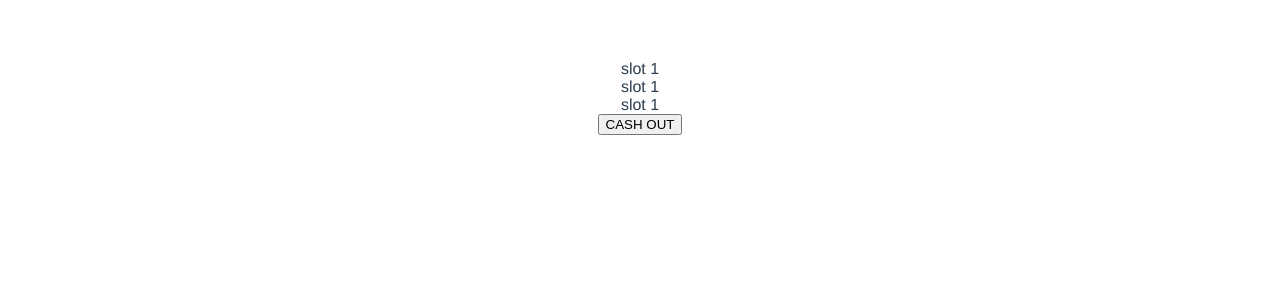
Repository: HERBOD7/slotmachine
Page: /
The author's editor kept a copy of each file at every save. The page is drawn from the files as they stood at one save, then again after the next save.
The browser window is 1280 px wide. The pictures show the whole page.
The project was rebuilt for these pictures with package versions that can differ from the ones it lists, and the page was loaded fresh each time. Also part of the build but not shown: vue.config.js.

Above is the page before, as saved 2023-07-21 10:52:40.

### src/App.vue
<template>
  <div id="app">
    <div>
      <div>slot 1</div>
      <div>slot 1</div>
      <div>slot 1</div>
    </div>
    <button>CASH OUT</button>
  </div>
</template>

<script>
// import HelloWorld from "./components/HelloWorld.vue";

export default {
  name: "App",
  components: {
    // HelloWorld,
  },
};
</script>

<style>
#app {
  font-family: Avenir, Helvetica, Arial, sans-serif;
  -webkit-font-smoothing: antialiased;
  -moz-osx-font-smoothing: grayscale;
  text-align: center;
  color: #2c3e50;
  margin-top: 60px;
}
</style>

Loaded but not shown: public/index.html (common file); src/main.js (common file)

After the next save:
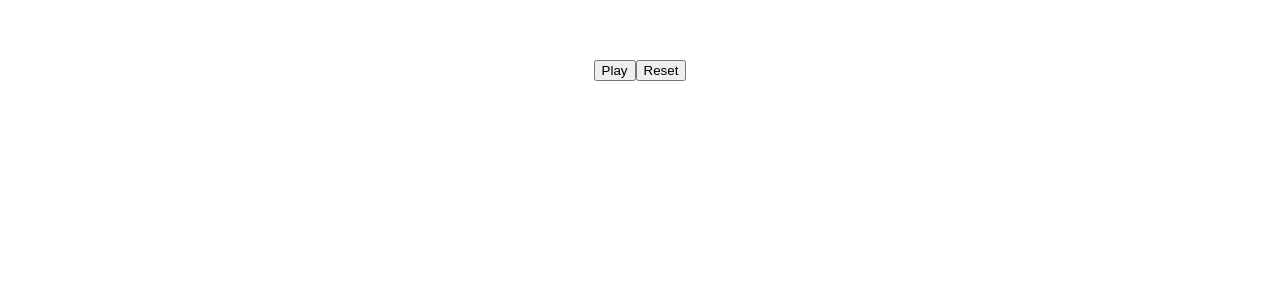
Saved 78 min 53 s later.
--- a/src/App.vue
+++ b/src/App.vue
@@ -1,11 +1,29 @@
 <template>
   <div id="app">
-    <div>
-      <div>slot 1</div>
-      <div>slot 1</div>
-      <div>slot 1</div>
+    <div class="doors">
+      <div class="door">
+        <div class="boxes">
+          <!-- <div class="box">?</div> -->
+        </div>
+      </div>
+
+      <div class="door">
+        <div class="boxes">
+          <!-- <div class="box">?</div> -->
+        </div>
+      </div>
+
+      <div class="door">
+        <div class="boxes">
+          <!-- <div class="box">?</div> -->
+        </div>
+      </div>
     </div>
-    <button>CASH OUT</button>
+
+    <div class="buttons">
+      <button id="spinner">Play</button>
+      <button id="reseter">Reset</button>
+    </div>
   </div>
 </template>
 
